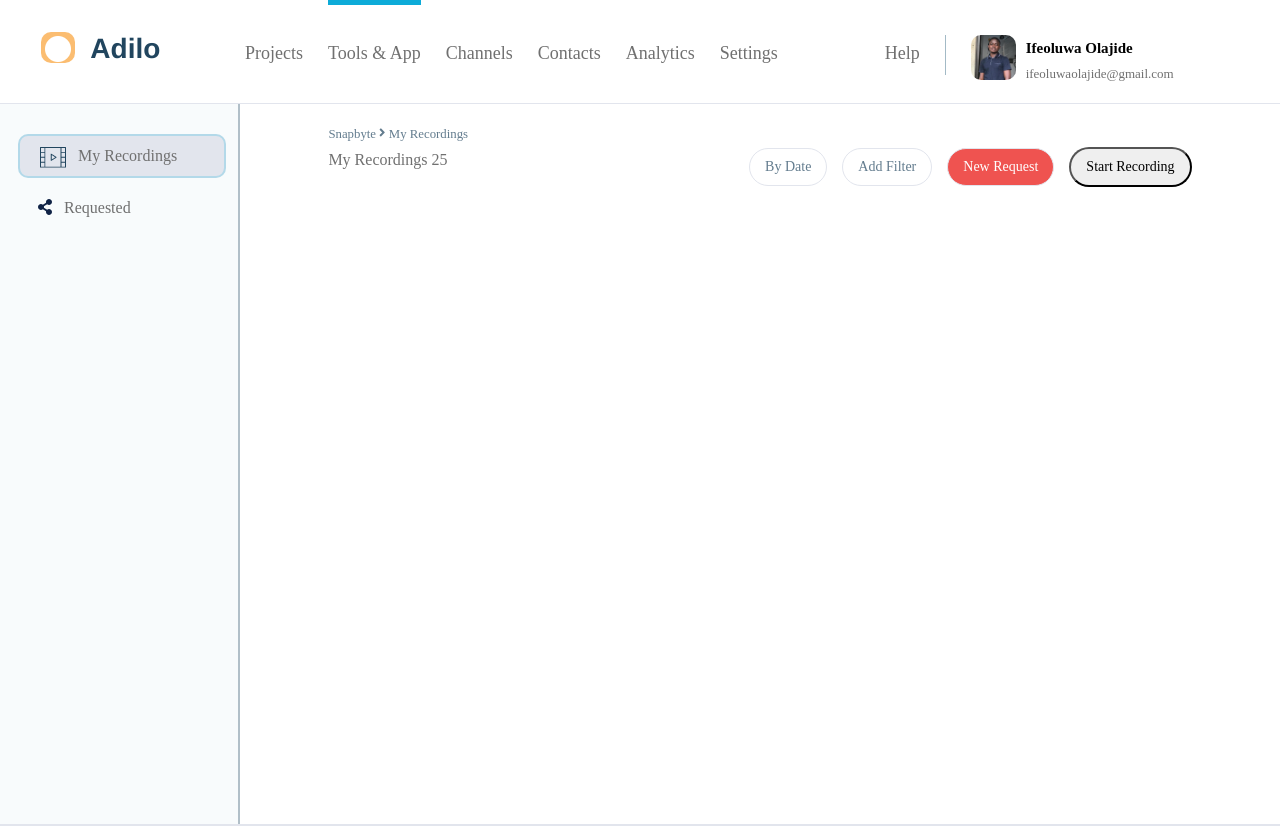
Repository: olhighjay/video_recorder
Page: /
These files come from the project's save history. The page is drawn as it stood at one moment and after the next save; the edit follows.
The browser window is 1280 px wide. The pictures show the whole page.
Some web libraries are served in a nearby version. The project was rebuilt for these pictures with package versions that can differ from the ones it lists, and the page was loaded fresh each time. Also part of the build but not shown: vue.config.js.

Above is the page before, as saved 2022-07-28 22:49:33.

After the next save:
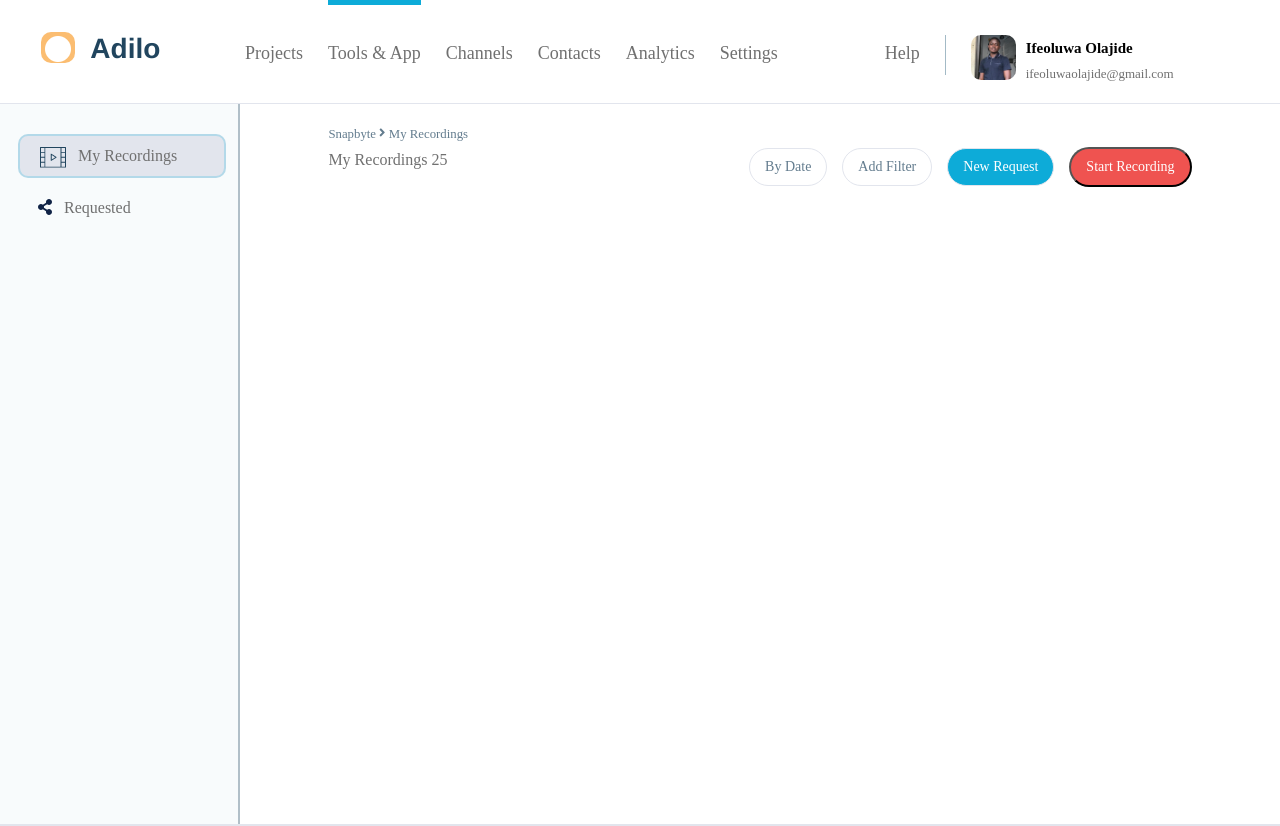
Saved 26 s later.
--- a/src/App.vue
+++ b/src/App.vue
@@ -100,13 +100,10 @@ export default {
   background-color: #0DABD8;
   color: #fff;
 }
-.blue-btn {
+.red-btn {
   /* border: 1px solid #E2E5ED; */
   background-color: #EF5350;
   color: #fff;
-}
-.red-btn {
-
 }
 
 
